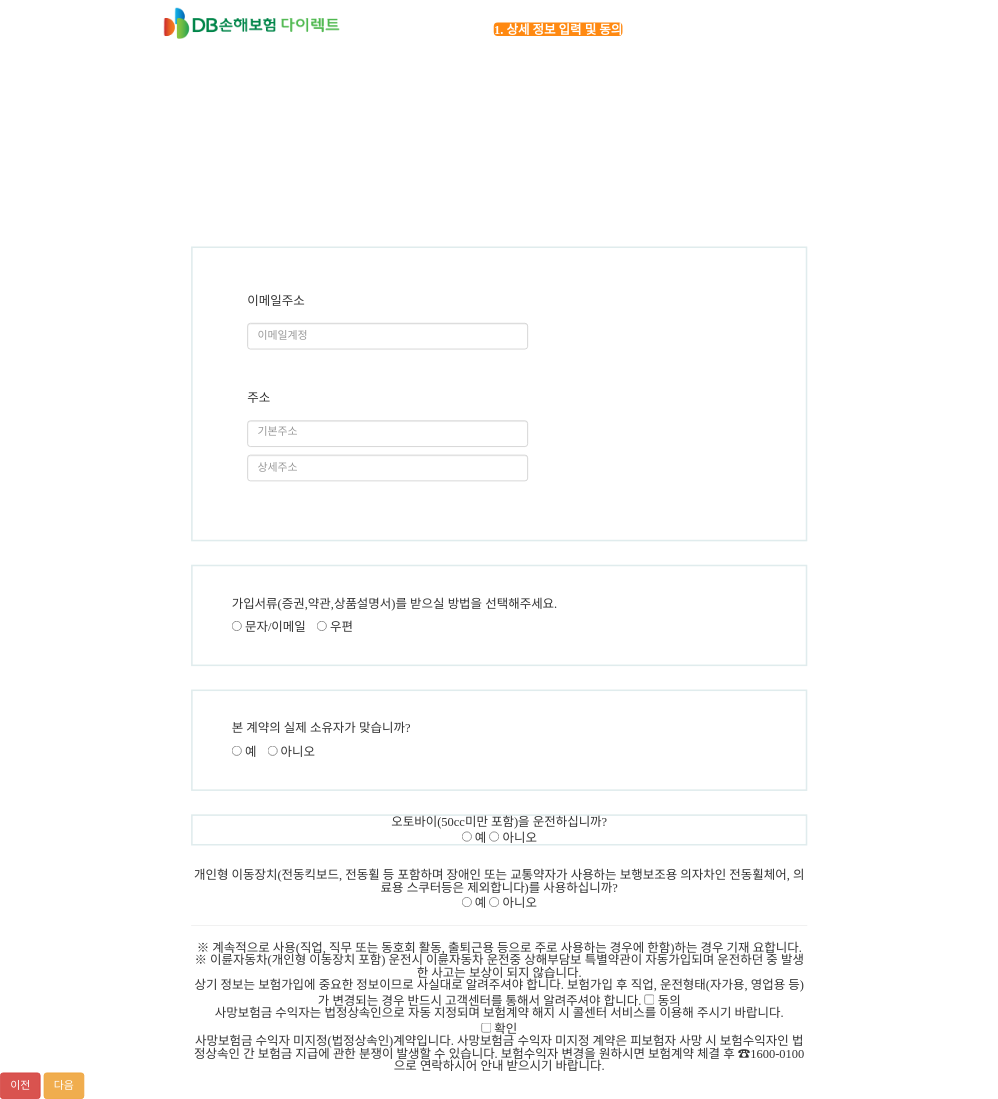
Repository: minho0324/directInsurance
Page: http://localhost/directClone/direct/details1
The author's editor kept a copy of each file at every save. The page is drawn from the files as they stood at one save, then again after the next save.
The browser window is 1280 px wide. The pictures show the whole page, at 78% of full size.
The page is served by Tomcat 9. Other server files are loaded and not shown.

Above is the page before, as saved 2021-11-18 06:05:33.

### directClone/src/main/webapp/WEB-INF/views/details1.jsp
<%@ page language="java" contentType="text/html; charset=UTF-8"
    pageEncoding="UTF-8"%>
<!DOCTYPE html>
<%@ taglib uri="http://java.sun.com/jsp/jstl/core"  prefix="c"%>
<html>
<head>
<meta charset="UTF-8">
<title>details1</title>
</head>
<link rel="stylesheet" href="https://maxcdn.bootstrapcdn.com/bootstrap/3.3.2/css/bootstrap.min.css">
<script src="http://code.jquery.com/jquery-latest.js"></script>
<style>

	html, body, div, span, applet, object, iframe,
	h1, h2, h3, h4, h5, h6, p, blockquote, pre,
	a, abbr, acronym, address, big, cite, code,
	del, dfn, em, img, ins, kbd, q, s, samp,
	small, strike, strong, sub, sup, tt, var,
	b, u, i, center,
	dl, dt, dd, ol, ul, li,
	fieldset, form, label, legend,
	table, caption, tbody, tfoot, thead, tr, th, td,
	article, aside, canvas, details, embed,
	figure, figcaption, footer, header, hgroup,
	menu, nav, output, ruby, section, summary,
	time, mark, audio, video {
		margin: 0;
		padding: 0;
		border: 0;
		font-size: 100%;
		font: inherit;
		vertical-align: baseline;
	}
	/* HTML5 display-role reset for older browsers */
	article, aside, details, figcaption, figure,
	footer, header, hgroup, menu, nav, section {
		display: block;
	}
	body {
		line-height: 1;
	}
	ol, ul {
		list-style: none;
	}
	blockquote, q {
		quotes: none;
	}
	blockquote:before, blockquote:after,
	q:before, q:after {
		content: '';
		content: none;
	}

	.title a img {
		padding:10px;
		float:left;
		margin-left:200px;
	}

	.header .progress_bar {
		margin: 0 auto;
		text-align:center;
		dispay:inline;
		padding-top:30px;
		margin-bottom:70px;
		margin-right:300px;
	}

	.header .progress_bar span {
		font-weight:bold;
		background: #ff8911;
		color:white;
		border-radius:5px;
		width:250px;
	}

	.container {
		margin:0 auto;
		text-align:center;
		display:block;
		width:820px;
		height:100%;
	}
	/* 이메일,주소 */
	.phone_mail {
		border:2px solid #e0eced;
		margin-top:200px;
		margin-bottom:30px;
	}

	.phone_mail_inner {
		text-align:left;
		padding:40px 0;
		margin-left:50px;
	}

	.mailform {
		padding: 20px;
	}

	.mailform h3 {
		padding-bottom:20px;
	}
	.addrform {
		padding: 20px;
	}
	.addrform h3 {
		padding-bottom:20px;
	}

	.form-control {
		width:360px;
	}

	.addr {
		margin-bottom: 10px;
		padding-bottom:10px;
	}

	/* 약관수령방법 */
	.receiving {
		border:2px solid #e0eced;
		margin-bottom:30px;
	}
	.receiving_inner {
		text-align:left;
		padding:40px 0;
		margin-left:50px;
	}
	.receiving_inner h3 {
		margin-bottom:10px;
	}

	.receiving_inner label {
		margin-right:10px;
	}

	/* 본인확인 */
	.identification {
		border:2px solid #e0eced;
		margin-bottom:30px;
	}
	.identification_inner {
		text-align:left;
		padding:40px 0;
		margin-left:50px;
	}

	.identification_inner h3 {
		margin-bottom:10px;
	}

	.identification_inner label {
		margin-right:10px;
	}

	/* 오토바이 타냐? */
	.motorcycle {
		border:2px solid #e0eced;
		margin-bottom:30px;
	}
	.motorcycle_inner {
		text-align:left;
		padding:40px 0;
		margin-left:50px;
	}

	.motorcycle_inner h3 {
		margin-bottom:10px;
	}

	.motorcycle_inner label {
		margin-right:10px;
	}

</style>
<body>

	<!-- 헤더 -->
	<div class="headerform">
		<div class="header">
			<div class="title">
				<a href="index.jsp">
					<img src="../resources/img/logo02.png">
				</a>
				<div class="progress_bar">
					<span>1. 상세 정보 입력 및 동의</span>
				</div>
			</div>
		</div>

		<a href="<c:url value='/direct/index.jsp' />" class="btn_close"></a>
	</div>
	<!-- 헤더 끝 -->

		<!-- 컨테이너 본문 시작 -->
		<div class="container clfix">
			<div class="contents">
				<div class="phone_mail">
					<div class="phone_mail_inner">
						<div class="mailform form-group">
							<h3>이메일주소</h3>
								<input type="text" name="email" class="email form-control" placeholder="이메일계정">
								<!--
								<select name="emailSelect">
									<option id="email" value="gmail">gmail</option>
									<option id="email" value="naver">naver</option>
									<option id="email" value="hanmail">hanmail</option>
								</select>
								-->
						</div>
						<div class="addrform form-group">
							<h3>주소</h3>
								<input type="text" name="addr" class="addr form-control" placeholder="기본주소">
								<input type="text" name="addrdetail" class="addrdetail form-control" placeholder="상세주소">
						</div>
					</div>
				</div>
				<div class="receiving">
					<div class="receiving_inner">
							<h3>가입서류(증권,약관,상품설명서)를 받으실 방법을 선택해주세요.</h3>
							<label for="receiving">
								<input type="radio" name="receiving" value="text">
								문자/이메일
							</label>
							<label for="receiving">
								<input type="radio" name="receiving" value="post">
								우편
							</label>
					</div>
				</div>
				<div class="identification">
					<div class="identification_inner">
							<h3>본 계약의 실제 소유자가 맞습니까?</h3>
							<label for="identification">
								<input type="radio" name="identification" value="Y">
								예
							</label>
							<label for="identification">
								<input type="radio" name="identification" value="N">
								아니오
							</label>
					</div>
				</div>
				<div class="motorcycle">
					<h3>오토바이(50cc미만 포함)을 운전하십니까?</h3>
					<label for="motorcycle">
						<input type="radio" name="motorcycle" value="Y">
						예
					</label>
					<label for="motorcycle">
						<input type="radio" name="motorcycle" value="N">
						아니오
					</label>
				</div>
				<div class="pv">
					<h3>개인형 이동장치(전동킥보드, 전동휠 등 포함하며 장애인 또는 교통약자가 사용하는 보행보조용 의자차인 전동휠체어, 의료용 스쿠터등은 제외합니다)를 사용하십니까?</h3>
					<label for="pv">
						<input type="radio" name="pv" value="Y">
						예
					</label>
					<label for="pv">
						<input type="radio" name="pv" value="N">
						아니오
					</label>
					<hr>
					<p>
						※ 계속적으로 사용(직업, 직무 또는 동호회 활동, 출퇴근용 등으로 주로 사용하는 경우에 한함)하는 경우 기재 요합니다.
						<br>
						※ 이륜자동차(개인형 이동장치 포함) 운전시 이륜자동차 운전중 상해부담보 특별약관이 자동가입되며 운전하던 중 발생한 사고는 보상이 되지 않습니다.
					</p>
				</div>
				<div class="agreement">
					상기 정보는 보험가입에 중요한 정보이므로 사실대로 알려주셔야 합니다.
					보험가입 후 직업, 운전형태(자가용, 영업용 등)가 변경되는 경우 반드시 고객센터를 통해서 알려주셔야 합니다.
					<label for="agreement">
						<input type="checkbox" name="agreement" value="agreed">
						동의
					</label>
				</div>
				<div class="finalagree">
					<ul>
						<li>
							사망보험금 수익자는 법정상속인으로 자동 지정되며
							보험계약 해지 시 콜센터 서비스를 이용해 주시기 바랍니다.
						</li>
					</ul>
					<label for="finalagree">
						<input type="checkbox" name="finalagree" value="agreed">
						확인
					</label>
					<p>
					사망보험금 수익자 미지정(법정상속인)계약입니다.
					사망보험금 수익자 미지정 계약은 피보험자 사망 시 보험수익자인 법정상속인 간 보험금 지급에 관한 분쟁이 발생할 수
					있습니다. 보험수익자 변경을 원하시면 보험계약 체결 후 ☎1600-0100으로 연락하시어 안내 받으시기 바랍니다.
					</p>
				</div>
			</div>
		</div>
		<!-- 컨테이너 끝 -->

		<button class="prev btn btn-danger">이전</button>
		<button class="next btn btn-warning">다음</button>



	<script>
		$(function() {
			$("select[name=emailSelect]").change(function(){
				  console.log($(this).val()); //value값 가져오기
				  console.log($("select[name=emailSelect] option:selected").text()); //text값 가져오기
			});
			var email = $("select[name=emailSelect] option:selected").val();
			console.log(email);

			$('.prev').click(function () {
				location.href="<c:url value='/direct/' />";
			})
			$('.next').click(function () {
				location.href="<c:url value='/direct/details2' />";
			})


		});
	</script>


</body>
</html>

After the next save:
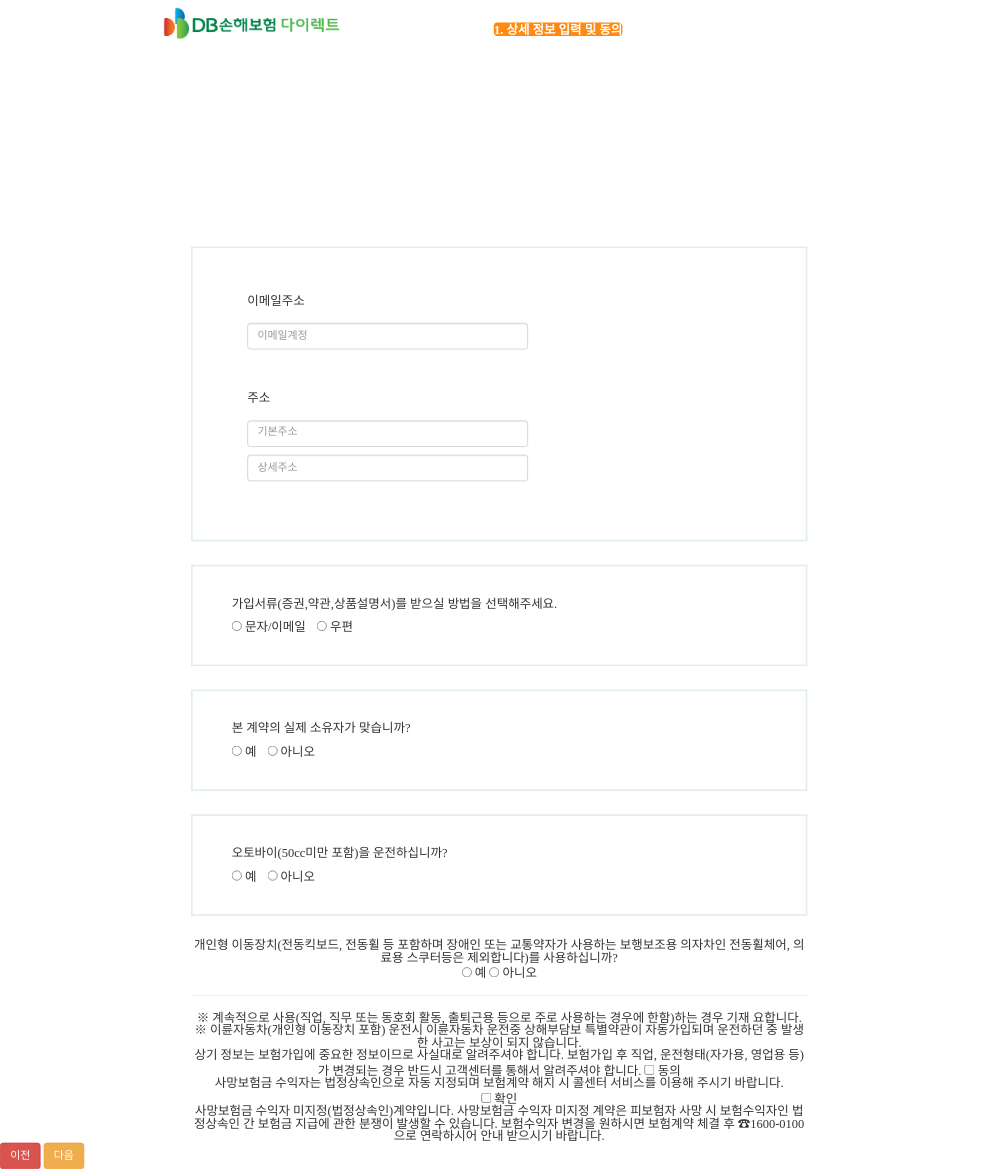
Saved 25 s later.
--- a/directClone/src/main/webapp/WEB-INF/views/details1.jsp
+++ b/directClone/src/main/webapp/WEB-INF/views/details1.jsp
@@ -243,15 +243,17 @@
 					</div>
 				</div>
 				<div class="motorcycle">
-					<h3>오토바이(50cc미만 포함)을 운전하십니까?</h3>
-					<label for="motorcycle">
-						<input type="radio" name="motorcycle" value="Y">
-						예
-					</label>
-					<label for="motorcycle">
-						<input type="radio" name="motorcycle" value="N">
-						아니오
-					</label>
+					<div class="motorcycle_inner">
+							<h3>오토바이(50cc미만 포함)을 운전하십니까?</h3>
+							<label for="motorcycle">
+								<input type="radio" name="motorcycle" value="Y">
+								예
+							</label>
+							<label for="motorcycle">
+								<input type="radio" name="motorcycle" value="N">
+								아니오
+							</label>
+					</div>
 				</div>
 				<div class="pv">
 					<h3>개인형 이동장치(전동킥보드, 전동휠 등 포함하며 장애인 또는 교통약자가 사용하는 보행보조용 의자차인 전동휠체어, 의료용 스쿠터등은 제외합니다)를 사용하십니까?</h3>
